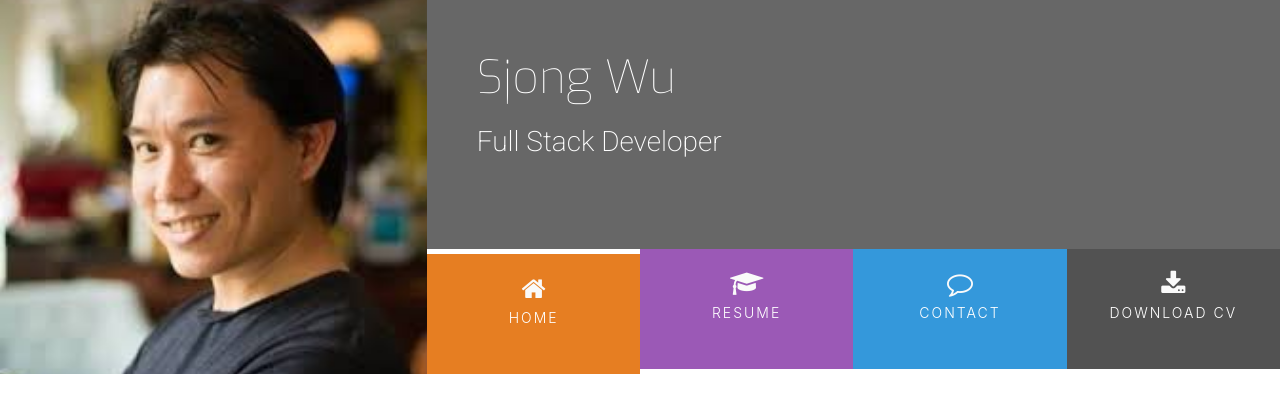
Repository: Scuzeme/codeinstitue-resume-project
Page: index.html
The author's editor kept a record of every edit. The page is drawn from the files as they stood at one moment, then again after the next edit.
The browser window is 1280 px wide. The pictures show the whole page.
Some web libraries are served in a nearby version.

Above is the page before.

After the next edit:
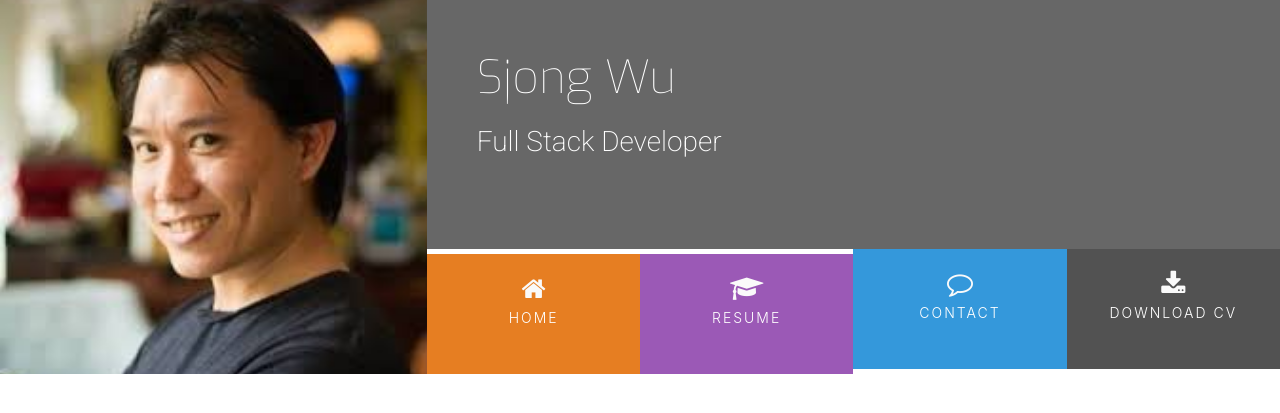
The edit:
--- a/index.html
+++ b/index.html
@@ -28,7 +28,7 @@
                                 <a href="#" class="hvr-sweep-to-bottom"><i class="fa fa-home" aria-hidden="true"></i><span>Home</span></a>
                             </li>
                             <li class="col-6 col-sm-3 ui-menu-color-resume list-inline-item menuitem">
-                                <a href="#"><i class="fa fa-graduation-cap" aria-hidden="true"></i><span>Resume</span></a>
+                                <a href="#" class="hvr-sweep-to-bottom"><i class="fa fa-graduation-cap" aria-hidden="true"></i><span>Resume</span></a>
                             </li>
                             <li class="col-6 col-sm-3 ui-menu-color-contact list-inline-item menuitem">
                                 <a href="#"><i class="fa fa-comment-o" aria-hidden="true"></i><span>Contact</span></a>
